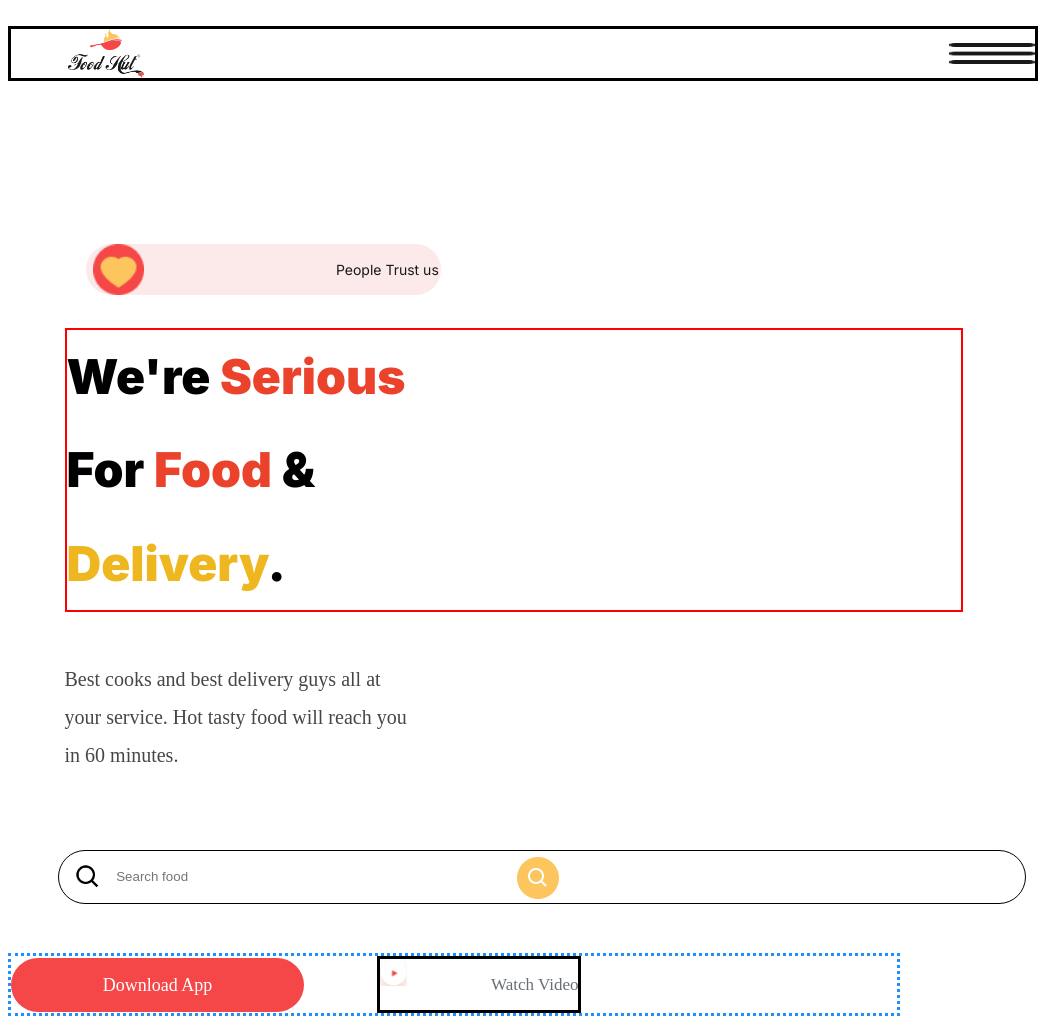
Repository: ReyhanehRahmani/Food-Hut
Page: FoodHut.html
An editor plug-in stored every save of this project. The page is shown before and after the next save, followed by the edit.
The browser window is 1024 px wide. The page is 1038 px wide, so the pictures cover 1038 px, including what lies to the right of the window. The pictures show the whole page.
Some web fonts or font styles are not loaded; a fallback is used.

Above is the page before, as saved 2025-05-29 00:02:23.

After the next save:
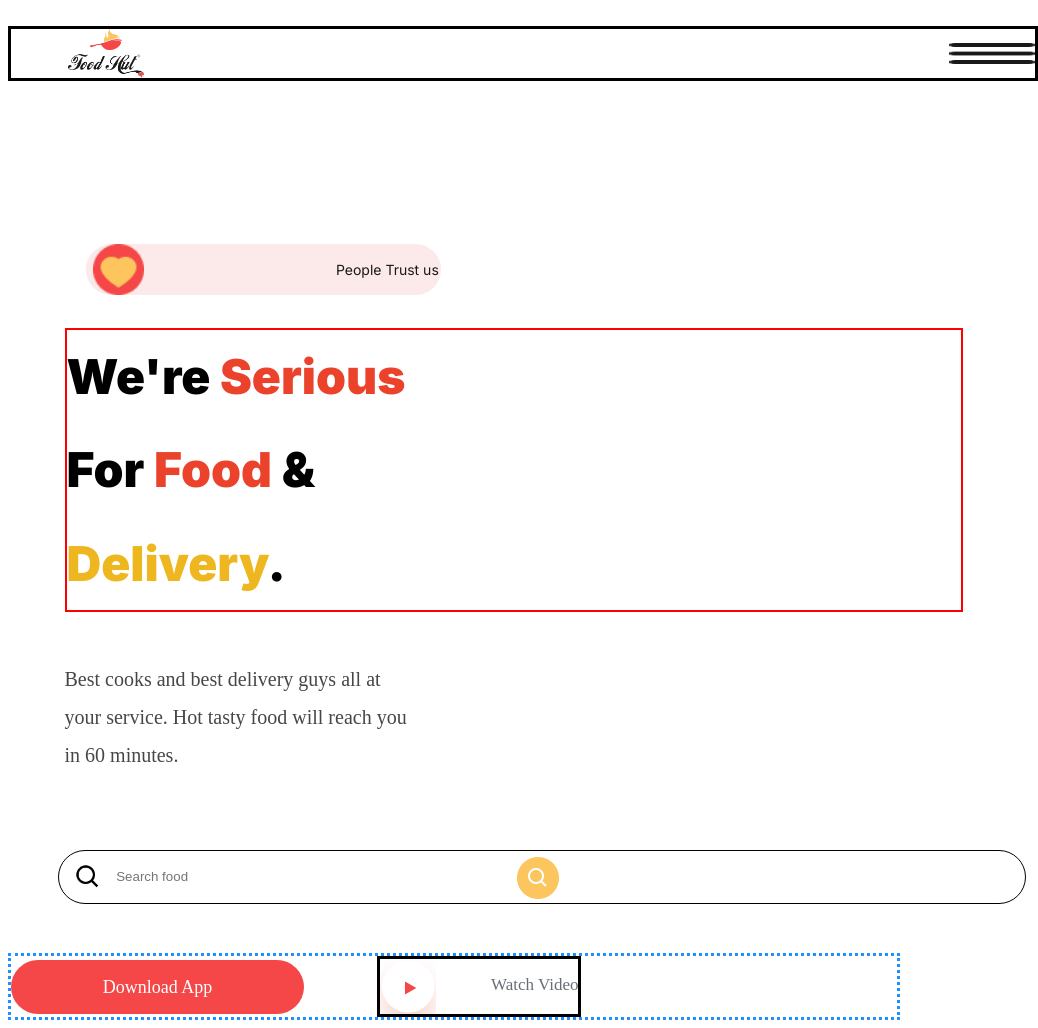
Saved 24 s later.
--- a/FoodHut.css
+++ b/FoodHut.css
@@ -216,7 +216,7 @@ body {
 
 #PlayButton{
     height: 100%;
-    width: 13.829787234%;
+    width: 28.415300546%;
 
 }
 
